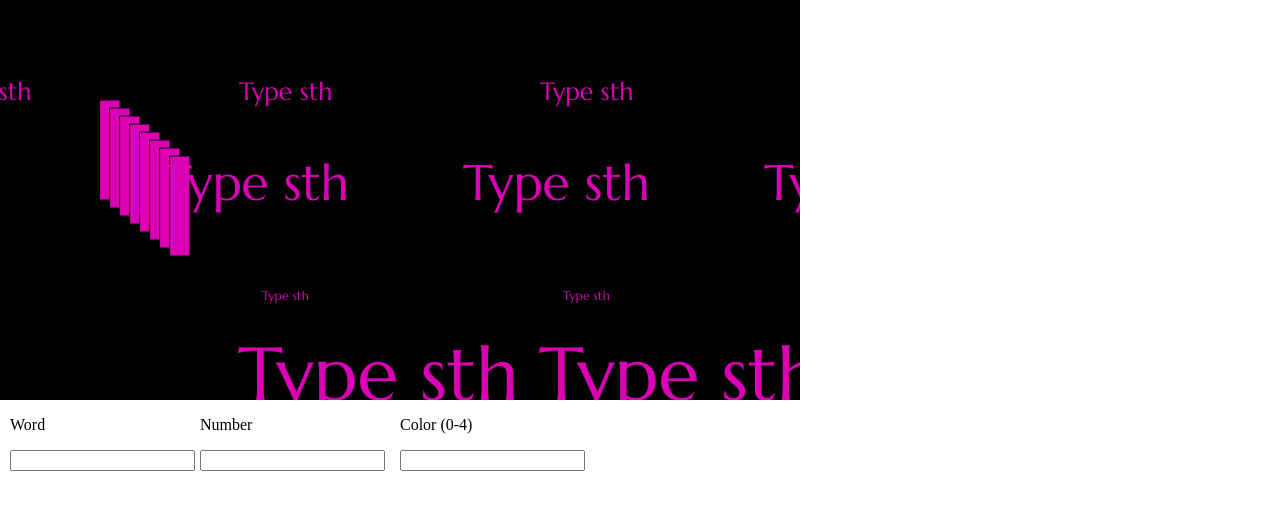
Repository: patriciqa/GenComp
Page: content/day04/shapesWithText/index.html
An editor plug-in stored every save of this project. The page is shown before and after the next save, followed by the edit.
The browser window is 1280 px wide. The pictures show the whole page.

Above is the page before, as saved 2021-10-13 10:43:41.

### content/day04/shapesWithText/index.html
<!DOCTYPE html>
<html lang="en">
  <head>
    <meta charset="utf-8" />
    <meta name="viewport" content="width=device-width, initial-scale=1.0">

    <title>Sketch</title>

    <link rel="stylesheet" type="text/css" href="style.css">

    <script src="libraries/p5.min.js"></script>
    <script src="libraries/p5.sound.min.js"></script>
    <link rel="preconnect" href="https://fonts.googleapis.com">
    <link rel="preconnect" href="https://fonts.gstatic.com" crossorigin>
    <link href="https://fonts.googleapis.com/css2?family=Marcellus&display=swap" rel="stylesheet">

  </head>

  <body>
    <script src="shapesText.js"></script>
  </body>
</html>

### content/day04/shapesWithText/shapesText.js



let CSS_COLOR_PURPLE = ['#2d00f7ff', '#6a00f4ff', '#a100f2ff', '#b100e8ff', '#bc00ddff', ' #d100d1ff', '#db00b6ff', '#e500a4ff', '#f20089ff'];
let CSS_COLOR_GREEN = ["#dad7cd", "#a3b18a", "#588157", "#3a5a40", "#344e41"];
let CSS_COLOR_COLORFUL = ["#ef476f", "#ffd166", "#06d6a0", "#118ab2", "#073b4c"];
let CSS_COLOR_RED = ["#283d3b", "#197278", "#edddd4", "#c44536", "#772e25"]
let CSS_COLOR_PINK = ["#d8e2dc", "#ffe5d9", "#ffcad4", "#f4acb7", "#9d8189"]


// let color = CSS_COLOR_PINK;
let colors = new Array(CSS_COLOR_PURPLE, CSS_COLOR_GREEN, CSS_COLOR_COLORFUL, CSS_COLOR_RED, CSS_COLOR_PINK);
let count = 100;

function setup() {
  createCanvas(800, 400);


  wordInputText = createElement('p', 'Word');
  wordInputText.position(10, 400);
  wordInput = createInput();
  wordInput.position(10, 450);

  sizeInputText = createElement('p', 'Number');
  sizeInputText.position(200, 400);
  sizeInput = createInput();
  sizeInput.position(200, 450);

  colorInputText = createElement('p', 'Color (0-4)');
  colorInputText.position(400, 400);
  colorInput = createInput();
  colorInput.position(400, 450);

  frameRate(1)
}

function draw() {
  if (wordInput.value() == "") {
    word = "Type sth";
  } else {
    word = wordInput.value();
  }
  if (sizeInput.value() == "") {
    size = 25;
  } else {
    size = sizeInput.value();
  }
  if (colorInput.value() == "0" || colorInput.value() == "1" || colorInput.value() == "2" || colorInput.value() == "3" || colorInput.value() == "4") {
    colorNumber = parseInt(colorInput.value());
  } else {
    colorNumber = 0;
  }
  console.log(colorNumber)

  background('black');
  textFont("Marcellus");
  drawWords(word, size, colors[colorNumber]);

}

function drawWords(word, fontsize, fontColor) {
  color = fontColor;
  let randomColor = color[Math.floor(Math.random() * color.length)]; //random from color palette
  let randomNumber = Math.floor(Math.random() * 300); //random from 0 - 400
  fill(randomColor);
  textSize(fontsize);

  const words = word.toString();
  const length = words.length;

  for (let i = 0; i < length; i++) {
    if (length % 5 == 0) {
      circle(10 * i, randomNumber, 10);

    } else if (length % 3 == 0) {
      square(800 - 30 * i, i, 20)
    } else if (length % 1 == 0) {
      rect(100+ 10*i, 100 + length*i, 20, 100)
    }


  }


  for (let i = 0; i < fontsize; i++) {

    textSize(fontsize);
    text(words, i - randomNumber, count);
    translate(100, 0);

    textSize(fontsize * 2);
    text(words, i + randomNumber, 2 * count);

    translate(100, 0)

    textSize(1 / 2 * fontsize);
    text(words, i + randomNumber, 3 * count);

    translate(100, 0)


    textSize(3 * fontsize);
    text(words, i - randomNumber, 4 * count);



  }

}

Loaded but not shown: content/day04/shapesWithText/style.css (common file); content/day04/shapesWithText/libraries/p5.min.js (library); content/day04/shapesWithText/libraries/p5.sound.min.js (library)

After the next save:
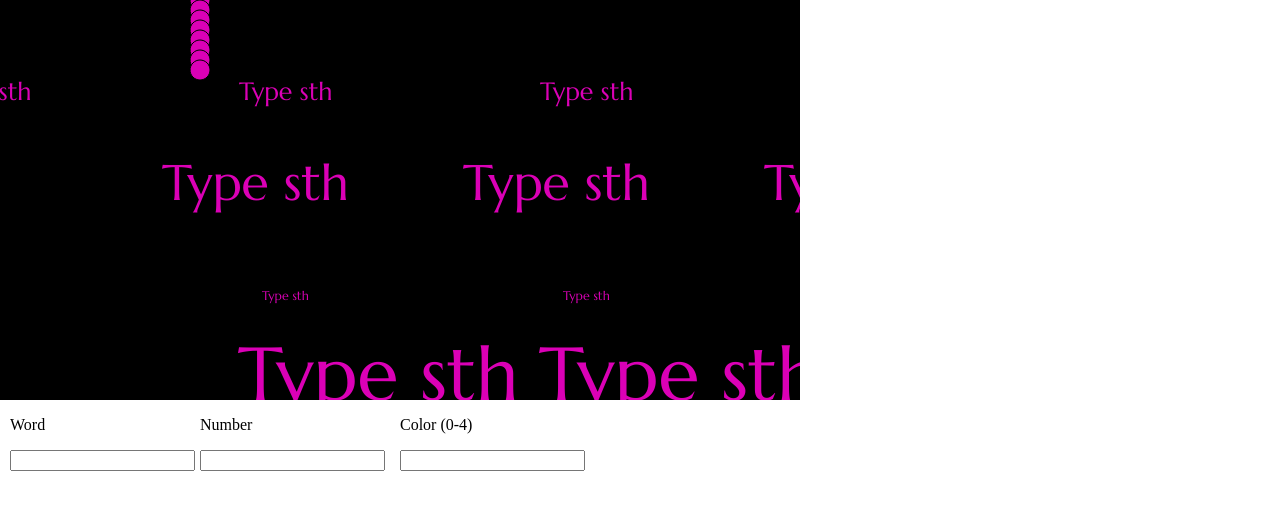
Saved 3 min 23 s later.
--- a/content/day04/shapesWithText/shapesText.js
+++ b/content/day04/shapesWithText/shapesText.js
@@ -68,19 +68,19 @@ function drawWords(word, fontsize, fontColor) {
   const words = word.toString();
   const length = words.length;
 
-  for (let i = 0; i < length; i++) {
-    if (length % 5 == 0) {
-      circle(10 * i, randomNumber, 10);
-
-    } else if (length % 3 == 0) {
-      square(800 - 30 * i, i, 20)
-    } else if (length % 1 == 0) {
-      rect(100+ 10*i, 100 + length*i, 20, 100)
-    }
 
 
+  for (let i = 0; i < length; i++) {
+    circle(200, i*10, 20);
+    // if (length % 5 == 0) {
+    //   circle(10 * i, randomNumber, 10);
+
+    // } else if (length % 3 == 0) {
+    //   square(800 - 30 * i, i, 20)
+    // } else if (length % 1 == 0) {
+    //   rect(100+ 10*i, 100 + length*i, 20, 100)
+    // }
   }
-
 
   for (let i = 0; i < fontsize; i++) {
 
@@ -98,11 +98,8 @@ function drawWords(word, fontsize, fontColor) {
 
     translate(100, 0)
 
-
     textSize(3 * fontsize);
     text(words, i - randomNumber, 4 * count);
-
-
 
   }
 
